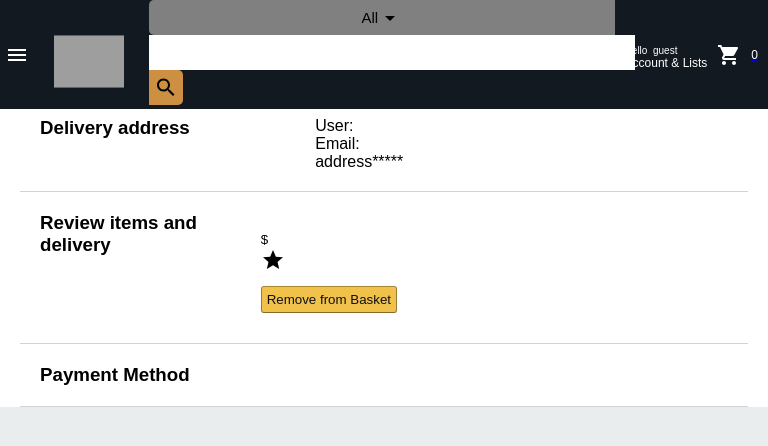
Repository: pinocoding/my-amazon-app
Page: /payment
The author's editor kept a copy of each file at every save. The page is drawn from the files as they stood at one save, then again after the next save.
The browser window is 768 px wide. The pictures show the whole page.
Pictures or frames that could not be fetched are drawn as grey boxes. The page's requests for data from a server got no answer. Some web fonts or font styles are not loaded; a fallback is used. The project was rebuilt for these pictures with package versions that can differ from the ones it lists, and the page was loaded fresh each time. No one was signed in, and anything a server would have sent is missing. Also part of the build but not shown: src/components/Admin/admin.css, src/components/Admin/Admin.js, src/components/AuthForm/AuthStyle.css, src/components/AuthForm/AuthForm.js, src/components/Pagination/Paginationbutton.js, src/components/Products/IndividualProduct.js, src/components/Products/Product.css, src/components/Products/ProductCard.js and 30 more.

Above is the page before, as saved 2022-07-29 15:16:09.

After the next save:
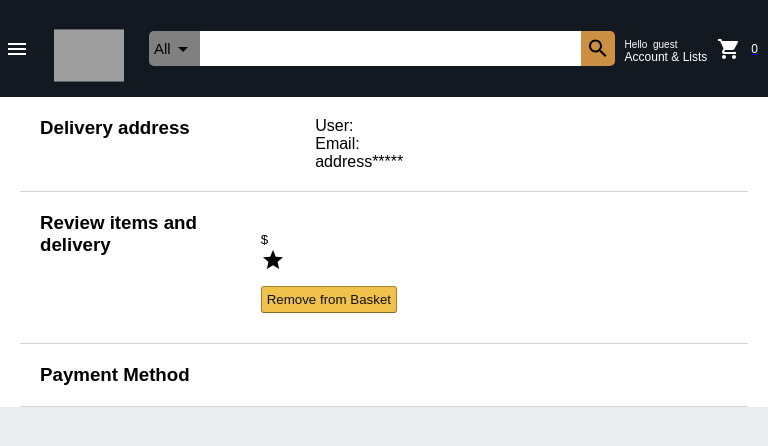
Saved 86 s later.
--- a/src/components/Header/Header.css
+++ b/src/components/Header/Header.css
@@ -281,13 +281,13 @@ font-size: 10px;
     width: 100%;
 
   }
-  .header__search {
+  /* .header__search {
 
     display:block;
 
 
-}
-
-
-
-}
+} */
+
+
+
+}
